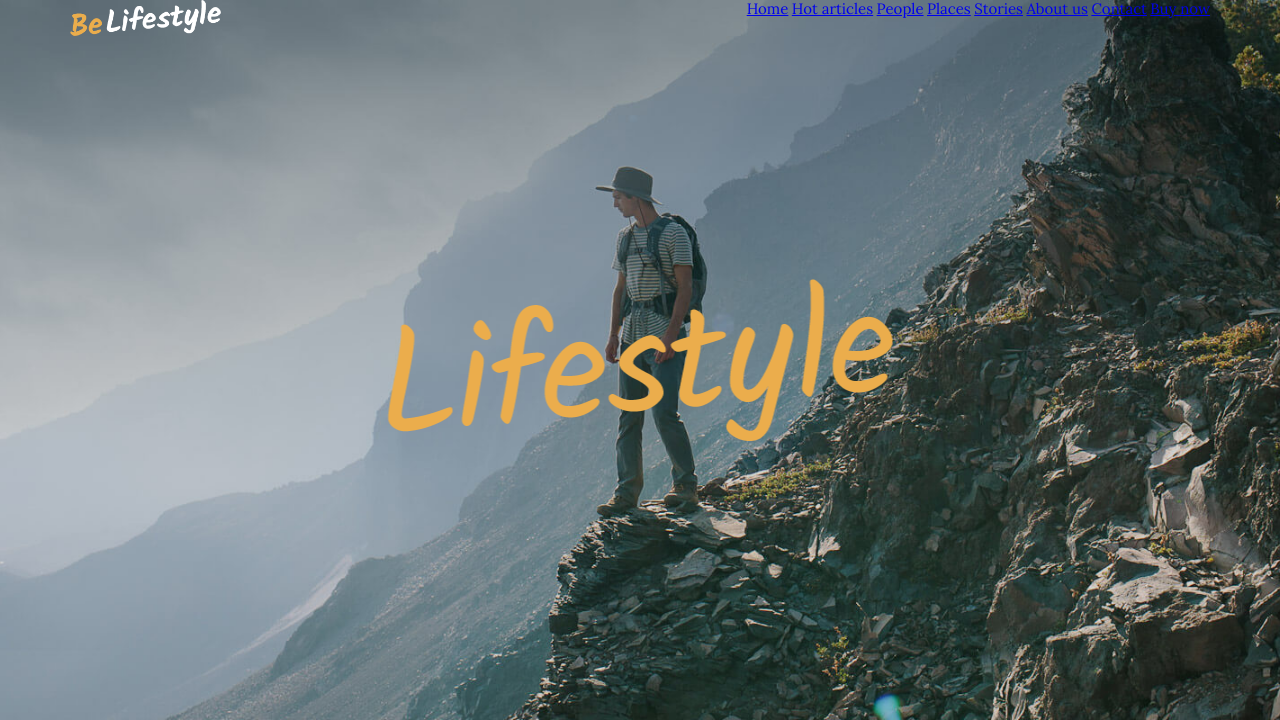
Repository: MalgorzataMazur/BeLife
Page: index.html
These files come from the project's save history. The page is drawn as it stood at one moment and after the next save; the edit follows.
The browser window is 1280 px wide. The pictures show the whole page.

Above is the page before, as saved 2019-10-30 12:19:42.

After the next save:
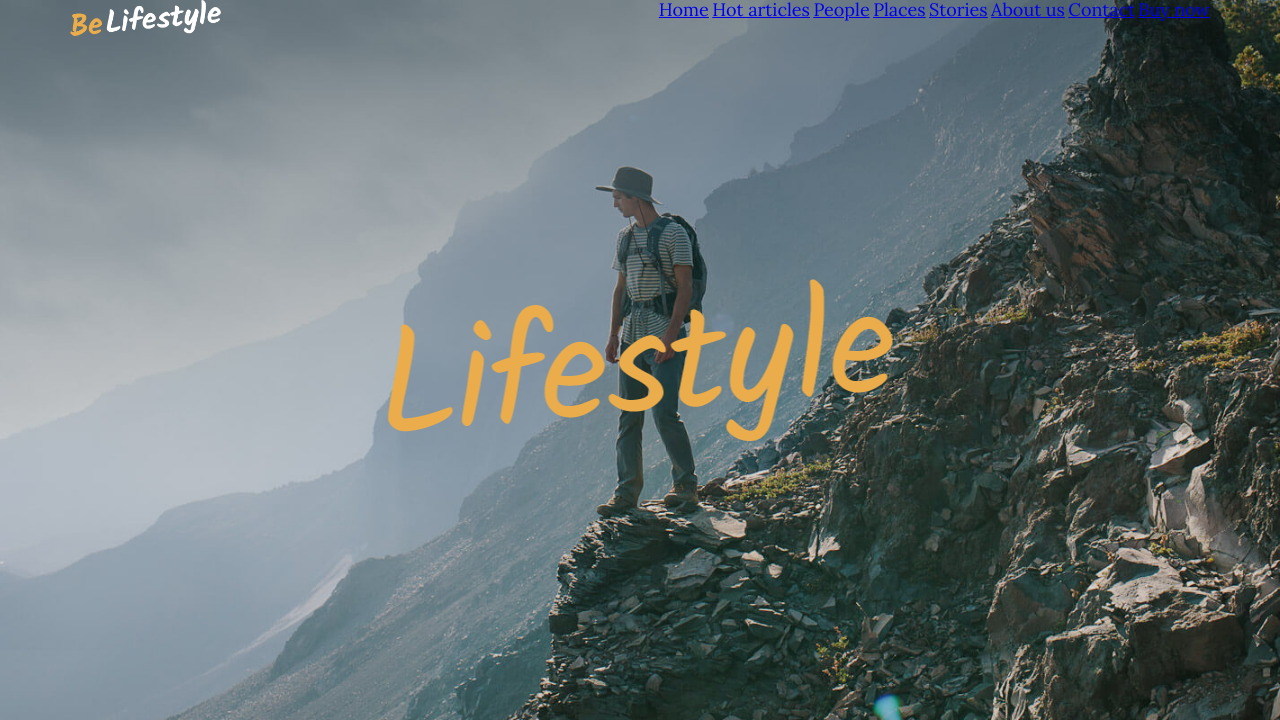
Saved 51 s later.
--- a/resources/css/style.css
+++ b/resources/css/style.css
@@ -57,6 +57,6 @@ header {
 }
 .main-nav li {
     display: inline-block;
-    font-size: 15px;
+    font-size: 18px;
     margin: 0;
 }
